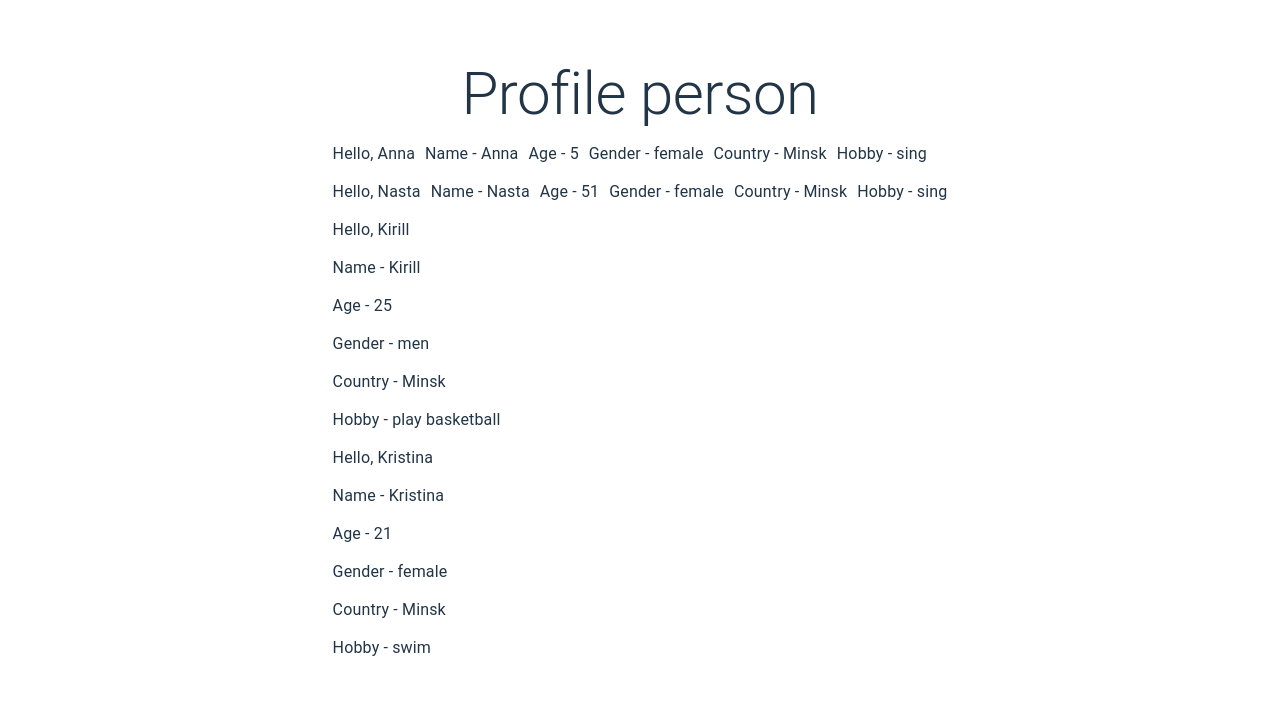
Repository: savannaaaas/props
Page: /
These files come from the project's save history. The page is drawn as it stood at one moment and after the next save; the edit follows.
The browser window is 1280 px wide. The pictures show the whole page.
The project was rebuilt for these pictures with package versions that can differ from the ones it lists, and the page was loaded fresh each time. Also part of the build but not shown: vite.config.js.

Above is the page before, as saved 2025-07-08 00:15:28.

### src/App.jsx
import "./App.css";
import Box from "@mui/material/Box";
import Typography from "@mui/material/Typography";
import { Person1 } from "./components/Person1";
import { Person2 } from "./components/Person2";
import { Person3 } from "./components/Person3";
import { Person4 } from "./components/Person4";
import { Person5 } from "./components/Person5";
import Grid from "@mui/material/Grid";
/**1. Создать 6 любых компонент.
2. В компоненты передать props следующих типов данных:
number
string
boolean
object
function
array
3. Использовать в компонентах каждый prop.
4. Сделать деструктуризацию props. */
function App() {
  const obj = { country: "Minsk" };
  const sayHello = (name) => ` Hello, ${name}`;
  const hobbies = ["swim", "sing", "play vollleyball", "play basketball"];
  return (
    <>
      <Typography variant="h2" align="center" style={{ padding: "5px" }}>
        Profile person
      </Typography>

      <Grid container direction="row">
        <Person1
          name={"Anna"}
          age={5}
          men={false}
          obj={obj}
          sayHello={sayHello}
          hobbies={hobbies}
        />
      </Grid>
      <Grid container direction="row">
        <Person3
          name={"Nasta"}
          age={51}
          men={false}
          obj={obj}
          sayHello={sayHello}
          hobbies={hobbies}
        />
      </Grid>

      <Person4
        name={"Kirill"}
        age={25}
        men={true}
        obj={obj}
        sayHello={sayHello}
        hobbies={hobbies}
      />
      <Person5
        name={"Kristina"}
        age={21}
        men={false}
        obj={obj}
        sayHello={sayHello}
        hobbies={hobbies}
      />
    </>
  );
}

export default App;

### src/components/Person1.jsx
import Typography from "@mui/material/Typography";
export const Person1 = ({ name, age, men, obj, sayHello, hobbies }) => {
  return (
    <>
      <Typography variant="subtitle1" align="left" style={{ padding: "5px" }}>
        {sayHello(name)}
      </Typography>
      <Typography variant="subtitle1" align="left" style={{ padding: "5px" }}>
        Name - {name}
      </Typography>
      <Typography variant="subtitle1" align="left" style={{ padding: "5px" }}>
        Age - {age}
      </Typography>
      <Typography variant="subtitle1" align="left" style={{ padding: "5px" }}>
        Gender - {men ? "men" : "female"}
      </Typography>
      <Typography variant="subtitle1" align="left" style={{ padding: "5px" }}>
        Country - {obj.country}
      </Typography>
      <Typography variant="subtitle1" align="left" style={{ padding: "5px" }}>
        Hobby - {hobbies[1]}
      </Typography>
    </>
  );
};

### src/components/Person3.jsx
import Typography from "@mui/material/Typography";
export const Person3 = ({ name, age, men, obj, sayHello, hobbies }) => {
  return (
    <>
      <Typography variant="subtitle1" align="left" style={{ padding: "5px" }}>
        {sayHello(name)}
      </Typography>
      <Typography variant="subtitle1" align="left" style={{ padding: "5px" }}>
        Name - {name}
      </Typography>
      <Typography variant="subtitle1" align="left" style={{ padding: "5px" }}>
        Age - {age}
      </Typography>
      <Typography variant="subtitle1" align="left" style={{ padding: "5px" }}>
        Gender - {men ? "men" : "female"}
      </Typography>
      <Typography variant="subtitle1" align="left" style={{ padding: "5px" }}>
        Country - {obj.country}
      </Typography>
      <Typography variant="subtitle1" align="left" style={{ padding: "5px" }}>
        Hobby - {hobbies[1]}
      </Typography>
    </>
  );
};

### src/components/Person4.jsx
import Typography from "@mui/material/Typography";
export const Person4 = ({ name, age, men, obj, sayHello, hobbies }) => {
  return (
    <>
      <Typography variant="subtitle1" align="left" style={{ padding: "5px" }}>
        {sayHello(name)}
      </Typography>
      <Typography variant="subtitle1" align="left" style={{ padding: "5px" }}>
        Name - {name}
      </Typography>
      <Typography variant="subtitle1" align="left" style={{ padding: "5px" }}>
        Age - {age}
      </Typography>
      <Typography variant="subtitle1" align="left" style={{ padding: "5px" }}>
        Gender - {men ? "men" : "female"}
      </Typography>
      <Typography variant="subtitle1" align="left" style={{ padding: "5px" }}>
        Country - {obj.country}
      </Typography>
      <Typography variant="subtitle1" align="left" style={{ padding: "5px" }}>
        Hobby - {hobbies[3]}
      </Typography>
    </>
  );
};

### src/components/Person5.jsx
import Typography from "@mui/material/Typography";
export const Person5 = ({ name, age, men, obj, sayHello, hobbies }) => {
  return (
    <>
      <Typography variant="subtitle1" align="left" style={{ padding: "5px" }}>
        {sayHello(name)}
      </Typography>
      <Typography variant="subtitle1" align="left" style={{ padding: "5px" }}>
        Name - {name}
      </Typography>
      <Typography variant="subtitle1" align="left" style={{ padding: "5px" }}>
        Age - {age}
      </Typography>
      <Typography variant="subtitle1" align="left" style={{ padding: "5px" }}>
        Gender - {men ? "men" : "female"}
      </Typography>
      <Typography variant="subtitle1" align="left" style={{ padding: "5px" }}>
        Country - {obj.country}
      </Typography>
      <Typography variant="subtitle1" align="left" style={{ padding: "5px" }}>
        Hobby - {hobbies[0]}
      </Typography>
    </>
  );
};

### src/components/Person2.jsx
import Typography from "@mui/material/Typography";
export const Person2 = ({ name, age, men, obj, sayHello, hobbies }) => {
  return (
    <>
      <Typography variant="subtitle1" align="left" style={{ padding: "5px" }}>
        {sayHello(name)}
      </Typography>
      <Typography variant="subtitle1" align="left" style={{ padding: "5px" }}>
        Name - {name}
      </Typography>
      <Typography variant="subtitle1" align="left" style={{ padding: "5px" }}>
        Age - {age}
      </Typography>
      <Typography variant="subtitle1" align="left" style={{ padding: "5px" }}>
        Gender - {men ? "men" : "female"}
      </Typography>
      <Typography variant="subtitle1" align="left" style={{ padding: "5px" }}>
        Country - {obj.country}
      </Typography>
      <Typography variant="subtitle1" align="left" style={{ padding: "5px" }}>
        Hobby - {hobbies[2]}
      </Typography>
    </>
  );
};

Loaded but not shown: index.html (common file); src/main.jsx (common file); src/index.css (common file); src/App.css (common file)

After the next save:
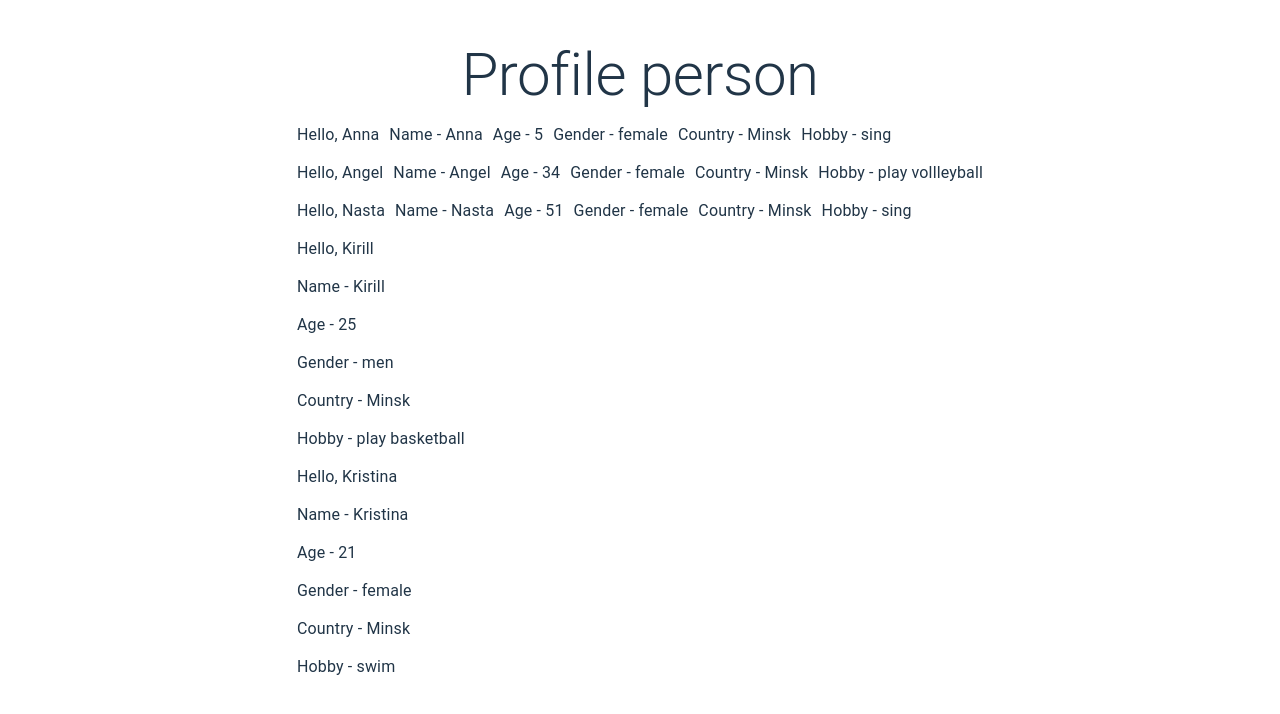
Saved 23 s later.
--- a/src/App.jsx
+++ b/src/App.jsx
@@ -38,6 +38,16 @@ function App() {
         />
       </Grid>
       <Grid container direction="row">
+        <Person2
+          name={"Angel"}
+          age={34}
+          men={false}
+          obj={obj}
+          sayHello={sayHello}
+          hobbies={hobbies}
+        />
+      </Grid>
+      <Grid container direction="row">
         <Person3
           name={"Nasta"}
           age={51}
